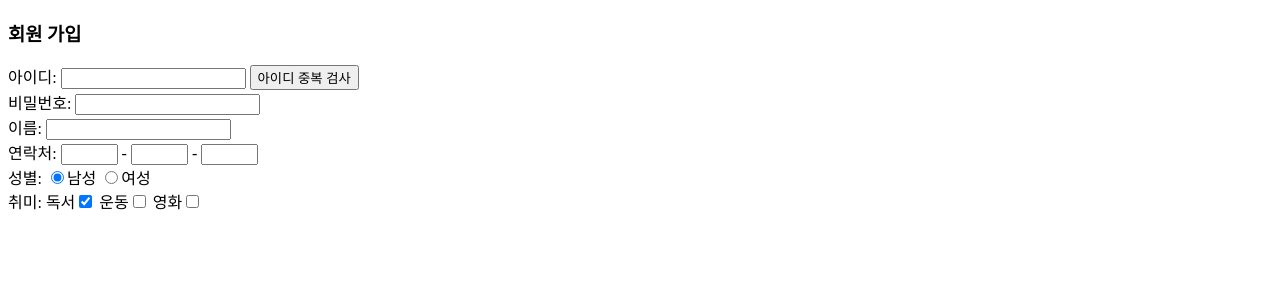
Repository: SJM7301/KH-JSP
Page: http://localhost/JSPBook/ch06/form04.jsp
These files come from the project's save history. The page is drawn as it stood at one moment and after the next save; the edit follows.
The browser window is 1280 px wide. The pictures show the whole page.
The page is served by Tomcat 10. Other server files are loaded and not shown.

Above is the page before, as saved 2025-02-05 00:36:22.

### JSPBook/src/main/webapp/ch06/form04.jsp
<%@ page language="java" contentType="text/html; charset=UTF-8"
    pageEncoding="UTF-8"%>
<!DOCTYPE html>
<html>
<head>
<meta charset="UTF-8">
<title>Insert title here</title>
</head>
<body>
	<h3>회원 가입</h3>
	<form action="#" name="member" method="post">
		<p>
			아이디: <input type="text" name="id"> <input type="button" value="아이디 중복 검사"> <br>
			비밀번호: <input type="password" name="passwd"> <br>
			이름: <input type="text" name="name"> <br>
			연락처: <input type="text" maxlength="4" size="4" name="phone1">
				- <input type="text" maxlength="4" size="4" name="phone2">
				- <input type="text" maxlength="4" size="4" name="phone3"> <br>
			성별: <input type="radio" name="sex" value="남성" checked>남성
				<input type="radio" name="sex" value="여성">여성<br>
			취미: 독서<input type="checkbox" name="hobby1" checked>
				운동<input type="checkbox" name="hobby2">
				영화<input type="checkbox" name="hobby3"><br>

		</p>
	</form>
</body>
</html>

After the next save:
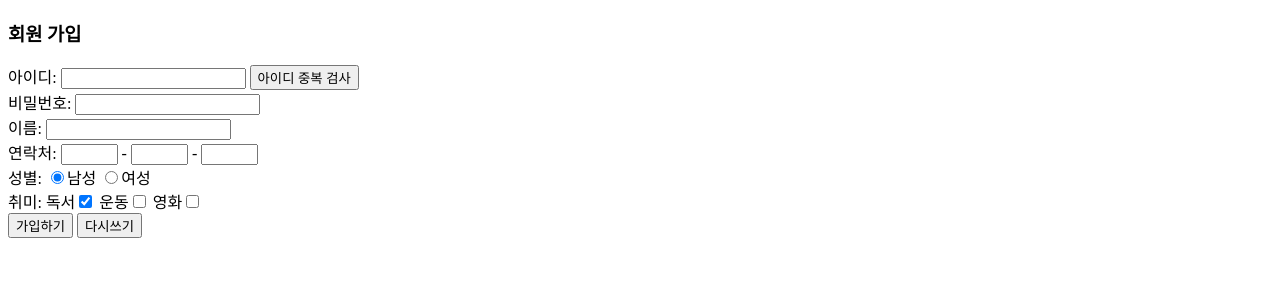
Saved 49 s later.
--- a/JSPBook/src/main/webapp/ch06/form04.jsp
+++ b/JSPBook/src/main/webapp/ch06/form04.jsp
@@ -21,7 +21,8 @@
 			취미: 독서<input type="checkbox" name="hobby1" checked>
 				운동<input type="checkbox" name="hobby2">
 				영화<input type="checkbox" name="hobby3"><br>
-
+			<input type="submit" value="가입하기">
+			<input type="reset" value="다시쓰기">
 		</p>
 	</form>
 </body>
